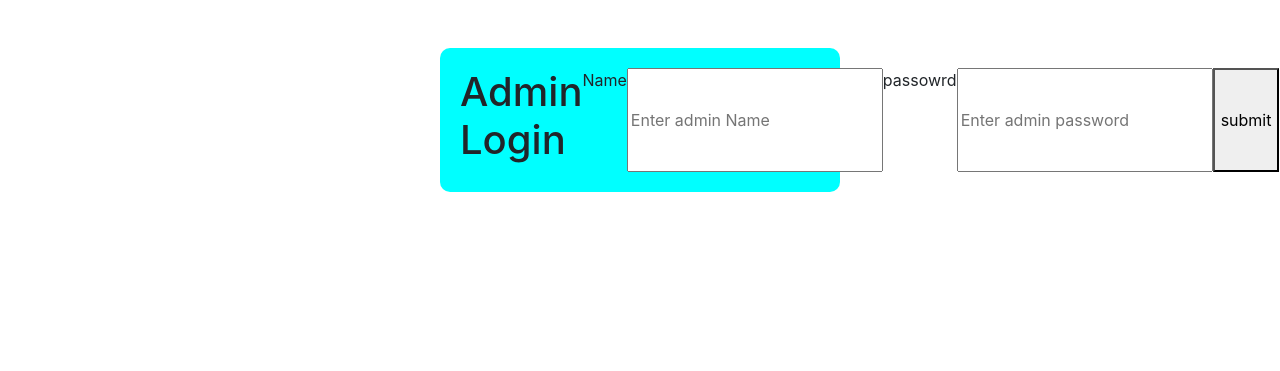
Repository: parthikjadav/parthik-react-practicle-exam
Page: /
These files come from the project's save history. The page is drawn as it stood at one moment and after a run of saves; the edit follows.
The browser window is 1280 px wide. The pictures show the whole page.
The project was rebuilt for these pictures with package versions that can differ from the ones it lists, and the page was loaded fresh each time. Requests to the local data server were answered from the project's data file. Also part of the build but not shown: src/App.css, src/componet/page/Reservationform.jsx, src/componet/page/Reservationlist.jsx, src/componet/header/navdata.js, src/componet/header/Navbar.jsx.

Above is the page before, as saved 2024-05-16 10:40:12.

After the next 3 saves:
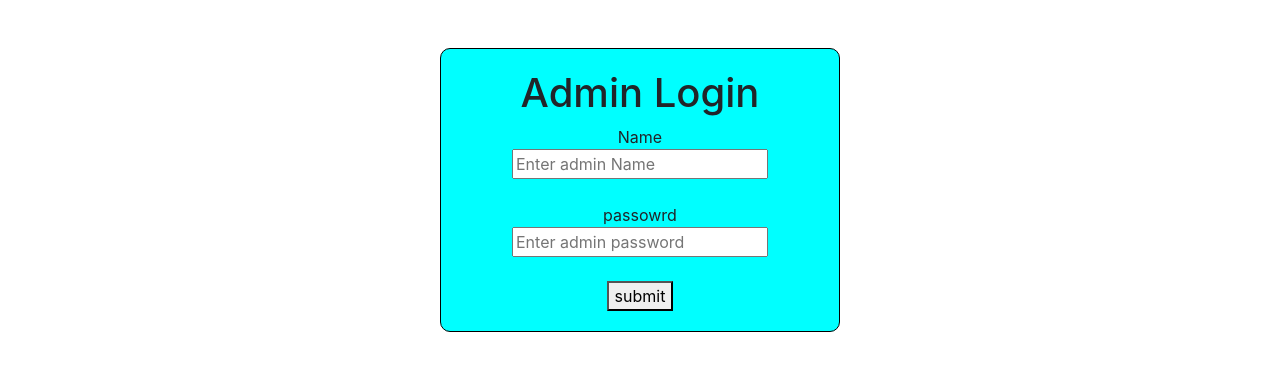
The 3 saves are shown as one change because they came seconds apart.
The last was saved 10 s later.
--- a/src/componet/page/AdminLogin.css
+++ b/src/componet/page/AdminLogin.css
@@ -4,9 +4,9 @@
   padding: 20px;
   /* margin: 0px auto; */
   display: flex;
-  /* flex-direction: column;
+  flex-direction: column;
   justify-content: center;
   align-items: center;
-  border: 1px solid black; */
+  border: 1px solid black;
   border-radius: 10px
 }
